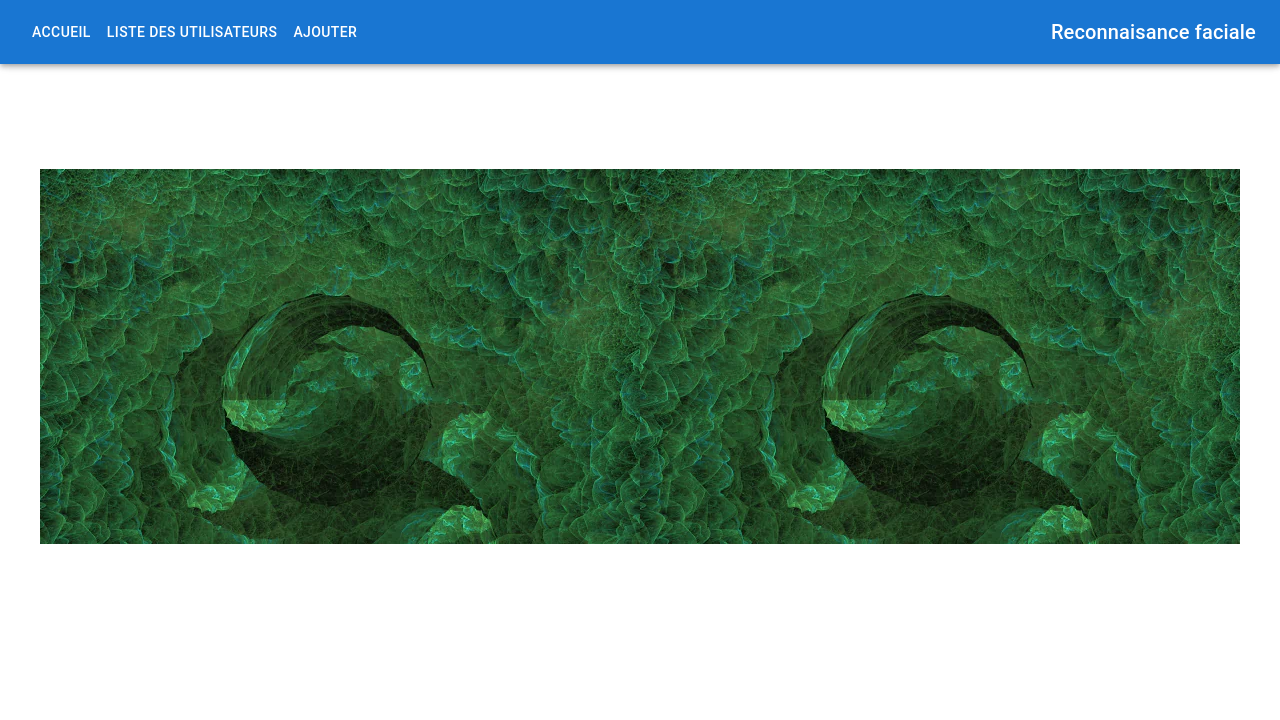
Repository: azizdeghais/Face-recognition-Platform
Page: / (app in front-end/)
An editor plug-in stored every save of this project. The page is shown before and after the next save, followed by the edit.
The browser window is 1280 px wide. The pictures show the whole page.
The project was rebuilt for these pictures with package versions that can differ from the ones it lists, and the page was loaded fresh each time. Also part of the build but not shown: front-end/vite.config.js, front-end/src/Home/Home.css, front-end/src/Ajouter/Ajouter.jsx, front-end/src/Liste/Liste.jsx, front-end/src/Modifier/Modifier.jsx, front-end/src/RequireAuth/RequireAuth.jsx, front-end/src/Login/Login.jsx.

Above is the page before, as saved 2023-06-02 19:59:14.

### front-end/src/main.jsx
import React from 'react'
import ReactDOM from 'react-dom/client'
import App from './App.jsx'
import './index.css'
import { BrowserRouter } from "react-router-dom";

ReactDOM.createRoot(document.getElementById('root')).render(
  <BrowserRouter>
    <App />
  </BrowserRouter>
)

### front-end/src/App.jsx
import './App.css'
import React from 'react';
import { Route, Routes } from "react-router-dom";
import Home from './Home/Home';
import Ajouter from './Ajouter/Ajouter';
import Navbar from './Navbar/Navbar';
import Liste from './Liste/Liste';
import Modifier from './Modifier/Modifier';
import RequireAuth from './RequireAuth/RequireAuth';
import Login from './Login/Login';
import { AuthProvider } from './Auth/Auth';
function App() {

  return (
    <AuthProvider>
      <Navbar/>
      <Routes>
        <Route path='/login' element={<Login/>} />
        <Route path='/' element={<Home />} />
        <Route path='/ajouter' element={<RequireAuth><Ajouter/></RequireAuth>} />
        <Route path='/liste' element={<RequireAuth><Liste /></RequireAuth>} />
        <Route path='/:id' element={<RequireAuth><Modifier /></RequireAuth>} />
      </Routes>
    </AuthProvider>
  )
}

export default App

### front-end/src/Home/Home.jsx
import './Home.css';
import { Grid } from '@mui/material';
function Home() {


  return (

    <div>

    <Grid container>
  <Grid item xs={9}>
    <img src={'../../public/home3.jpg'}/>
  </Grid>
  <Grid item xs={4}>
  <img src={'../../public/home3.jpg'}/>

  </Grid>
</Grid>

  </div>

  )

}

export default Home

### front-end/src/Navbar/Navbar.jsx
import * as React from 'react';
import PropTypes from 'prop-types';
import AppBar from '@mui/material/AppBar';
import Box from '@mui/material/Box';
import CssBaseline from '@mui/material/CssBaseline';
import Divider from '@mui/material/Divider';
import Drawer from '@mui/material/Drawer';
import IconButton from '@mui/material/IconButton';
import List from '@mui/material/List';
import ListItem from '@mui/material/ListItem';
import ListItemButton from '@mui/material/ListItemButton';
import ListItemText from '@mui/material/ListItemText';
import MenuIcon from '@mui/icons-material/Menu';
import Toolbar from '@mui/material/Toolbar';
import Typography from '@mui/material/Typography';
import Button from '@mui/material/Button';
import {Link} from 'react-router-dom'
const drawerWidth = 240;
const navItems = ['Accueil','Liste des utilisateurs', 'Ajouter', ];



function DrawerAppBar(props) {
  const { window } = props;
  const [mobileOpen, setMobileOpen] = React.useState(false);

  const handleDrawerToggle = () => {
    setMobileOpen((prevState) => !prevState);
  };

  const drawer = (
    <Box onClick={handleDrawerToggle} sx={{ textAlign: 'center' }}>
      <Typography variant="h6" sx={{ my: 2 }}>
        Reconnaissance faciale
      </Typography>
      <Divider />
      <List>
       <ListItem disablePadding>
        <ListItemButton sx={{ textAlign:'center'}}>
            <ListItemText primary={navItems[0]}/>
        </ListItemButton>
       </ListItem>
       <ListItem disablePadding>
        <ListItemButton sx={{ textAlign:'center'}}>
            <ListItemText primary={navItems[1]}/>
        </ListItemButton>
       </ListItem>
       <ListItem disablePadding>
        <ListItemButton sx={{ textAlign:'center'}}>
            <ListItemText primary={navItems[2]}/>
        </ListItemButton>
       </ListItem>
      </List>
    </Box>
  );

  const container = window !== undefined ? () => window().document.body : undefined;

  return (
    <Box sx={{ display: 'flex' }}>
      <CssBaseline />
      <AppBar component="nav">
        <Toolbar>
          <IconButton
            color="inherit"
            aria-label="open drawer"
            edge="start"
            onClick={handleDrawerToggle}
            sx={{ mr: 2, display: { sm: 'none' } }}
          >
            <MenuIcon />
          </IconButton>
          <Box sx={{ display: { xs: 'none', sm: 'block' } }}>
        <Link to="/">
          <Button sx={{color:'#fff'}}>
            {navItems[0]}
          </Button>
        </Link>
        <Link to="/liste">
          <Button sx={{color:'#fff'}}>
            {navItems[1]}
          </Button>
        </Link>
        <Link to="/ajouter">
          <Button sx={{color:'#fff'}}>
            {navItems[2]}
          </Button>
        </Link>
          </Box>
          <Typography
            variant="h6"
            component="div"
            align='right'
            sx={{ flexGrow: 1, display: { xs: 'none', sm: 'block' } }}
          >
            Reconnaisance faciale
          </Typography>
        </Toolbar>
      </AppBar>

      <Box component="nav">
        <Drawer
          container={container}
          variant="temporary"
          open={mobileOpen}
          onClose={handleDrawerToggle}
          ModalProps={{
            keepMounted: true, // Better open performance on mobile.
          }}
          sx={{
            display: { xs: 'block', sm: 'none' },
            '& .MuiDrawer-paper': { boxSizing: 'border-box', width: drawerWidth },
          }}
        >
          {drawer}
        </Drawer>
      </Box>

    </Box>
  );
}

DrawerAppBar.propTypes = {
  /**
   * Injected by the documentation to work in an iframe.
   * You won't need it on your project.
   */
  window: PropTypes.func,
};

export default DrawerAppBar;

### front-end/src/Auth/Auth.jsx
import {useState, createContext,useContext} from "react";

const AuthContext=createContext(null);


export const AuthProvider = ({children})=>{
 const [user, setUser] = useState(null)

 const login = user =>{
    setUser(user)
 }



 const logout = ()=>{
    setUser(null)
 }

 return <AuthContext.Provider value={{user,login,logout}}>
    {children}
 </AuthContext.Provider>


}

export const useAuth=()=>{
    return useContext(AuthContext)
 }

### front-end/src/Ajouter/Ajouter.css
*{
    margin:0;
    pading:0;
    box-sizing: border-box;
    font-family: 'Fira Sans',sans-serif;
}

.App{
    background-color: #313131;

}

.result{

}
.result.hasPhoto{
    left:0;
}
video,canvas {
    width: 100%;
    max-width: 100%;
    height: auto;
}

Loaded but not shown: front-end/index.html (common file); front-end/src/index.css (common file); front-end/src/App.css (common file)

After the next save:
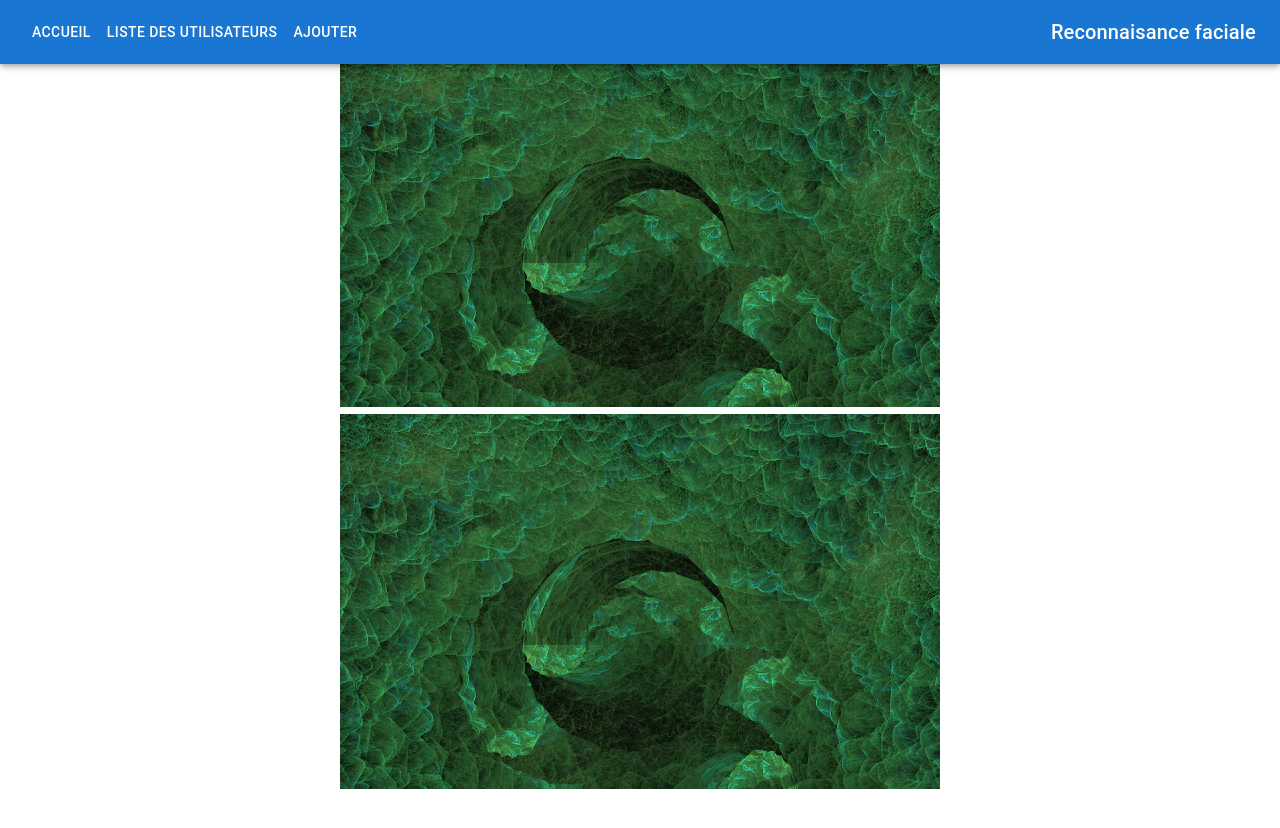
Saved 4 s later.
--- a/front-end/src/Home/Home.jsx
+++ b/front-end/src/Home/Home.jsx
@@ -7,7 +7,7 @@
 
     <div>
 
-    <Grid container>
+    <Grid >
   <Grid item xs={9}>
     <img src={'../../public/home3.jpg'}/>
   </Grid>

After the save that followed:
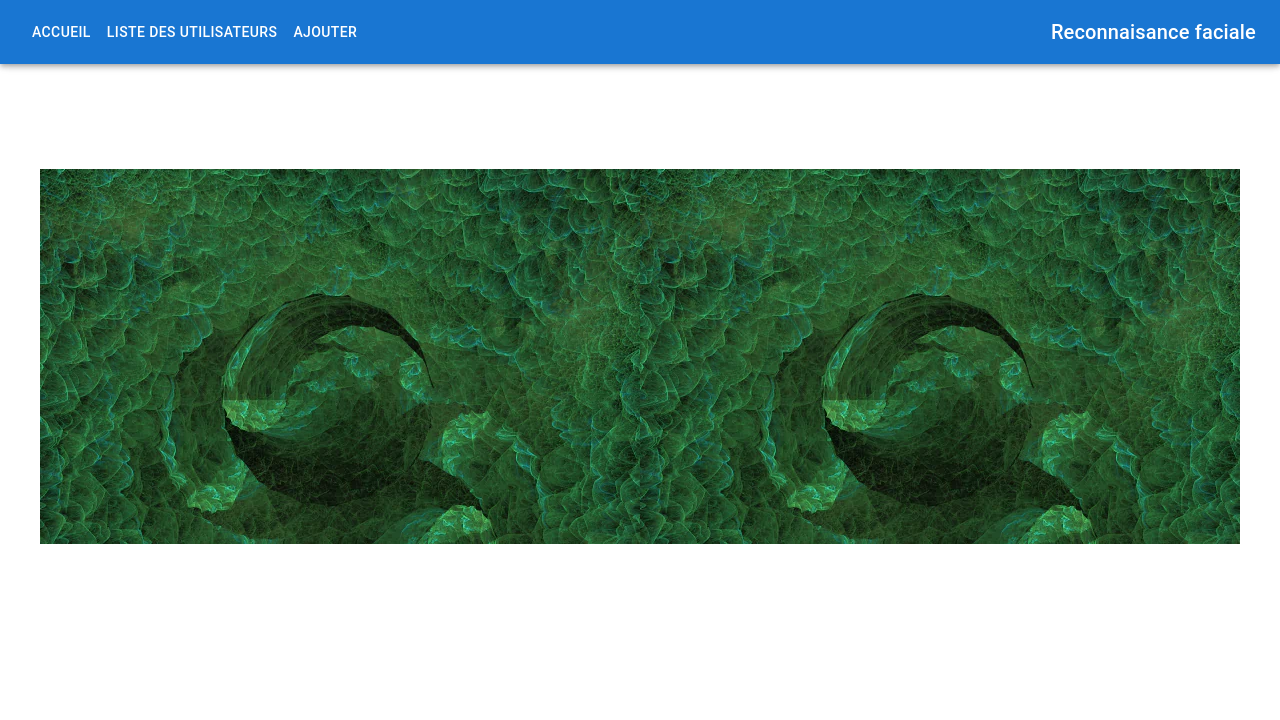
Saved 5 s later.
--- a/front-end/src/Home/Home.jsx
+++ b/front-end/src/Home/Home.jsx
@@ -7,7 +7,7 @@
 
     <div>
 
-    <Grid >
+    <Grid container>
   <Grid item xs={9}>
     <img src={'../../public/home3.jpg'}/>
   </Grid>
